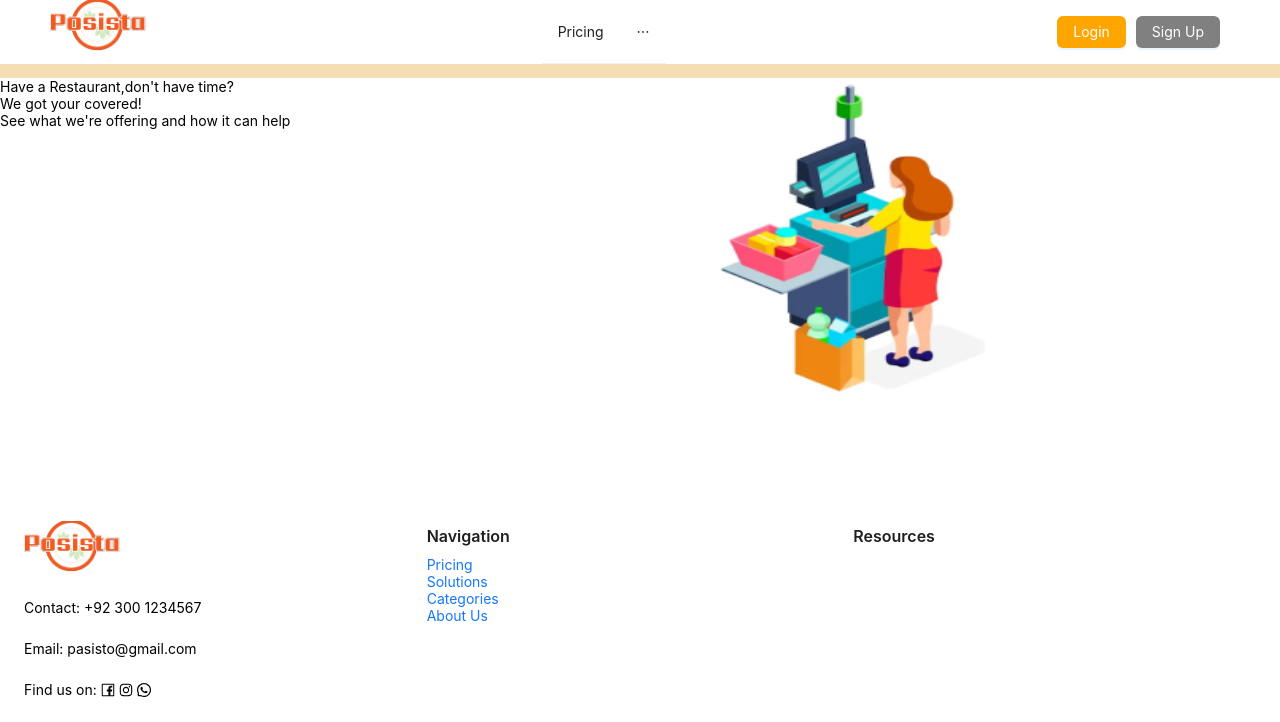
Repository: usmanarshad90/Posista
Page: / (app in test/)
An editor plug-in stored every save of this project. The page is shown before and after a run of saves, followed by the edit.
The browser window is 1280 px wide. The pictures show the whole page.
The project was rebuilt for these pictures with package versions that can differ from the ones it lists, and the page was loaded fresh each time. Also part of the build but not shown: test/src/components/Pricing/Pricing.jsx, test/src/components/Solution/Solutions.jsx, test/src/components/About/AboutUs.jsx, test/src/components/login/login.jsx, test/src/components/signup/signup.jsx.

Above is the page before, as saved 2023-11-28 14:31:57.

### test/public/index.html
<!DOCTYPE html>
<html lang="en">
  <head>
    <meta charset="utf-8" />
    <link rel="icon" href="%PUBLIC_URL%/favicon.ico" />
    <meta name="viewport" content="width=device-width, initial-scale=1" />
    <meta name="theme-color" content="#000000" />
    <meta
      name="description"
      content="Web site created using create-react-app"
    />
    <link rel="apple-touch-icon" href="%PUBLIC_URL%/logo192.png" />

    <link rel="manifest" href="%PUBLIC_URL%/manifest.json" />

    <title>Posisto</title>
  </head>
  <body>
    <noscript>You need to enable JavaScript to run this app.</noscript>
    <div id="root"></div>



  </body>
</html>

### test/src/index.css
body {
  margin: 0;
  font-family: -apple-system, BlinkMacSystemFont, 'Segoe UI', 'Roboto', 'Oxygen',
    'Ubuntu', 'Cantarell', 'Fira Sans', 'Droid Sans', 'Helvetica Neue',
    sans-serif;
  -webkit-font-smoothing: antialiased;
  -moz-osx-font-smoothing: grayscale;
}

code {
  font-family: source-code-pro, Menlo, Monaco, Consolas, 'Courier New',
    monospace;
}
.background{
  background-image: url("./images/background.jpg")!important;

}



/* .container{
  max-width: 1000px;
  margin: auto;
  width: 100%;
  padding-inline: 1rem;
  padding-block:5rem;

} */

### test/src/App.js
import {BrowserRouter  as Router , Routes , Route} from 'react-router-dom'
import Home from './components/Home/Home';

import Pricing from './components/Pricing/Pricing';
import Solutions from './components/Solution/Solutions';
import AboutUs from './components/About/AboutUs';
import Login from './components/login/login';
import SignUp from './components/signup/signup';


function App() {
  return (
    <Router>
    {/* if i can do it like this all pages come on the header */}

      <Routes>

        {/* if i can do it like this header individually come on the each page*/}

        <Route path="/" element={< Home/>} />
        <Route path="/login" element={<Login/>}/>
        <Route path="/signup" element={<SignUp/>} />

        <Route path="/pricing" element={< Pricing/>} />
        <Route path="/solution" element={< Solutions/>} />
        <Route path="/about" element={<AboutUs/>} />

        </Routes>
        {/* for footer i can call here */}

        </Router>
  );
}

export default App;

### test/src/components/Home/Home.jsx
import React from 'react'
import PageHeader from '../PageHeader/PageHeader'
import HeroSection from '../HeroSection/HeroSection'
import PageFooter from '../Footer/Footer'

const Home = () => {
  return (
    <>
    <PageHeader/>
    <HeroSection/>



    <PageFooter/>

    </>
  )
}

export default Home

### test/src/components/PageHeader/PageHeader.jsx
import React from 'react'
import { Layout, Menu, Button, Row, Col } from 'antd';
import { Link } from 'react-router-dom';
import logoimage from '../../images/posistologo.png'
import {HomeOutlined, UserOutlined,SettingOutlined,} from '@ant-design/icons';

const { Header } = Layout;
const PageHeader = () => {
  return (
    <Row>
      <Col lg={24} xl={24} md={12} xs={4} >
    <Layout className="layout">
    <Header style={{ display: 'flex', justifyContent: 'space-between' ,backgroundColor: 'white' }}>
      <div className="logo" >

      <Link to={'/'}><img src={logoimage} alt="" width="100px"  /></Link>
        </div>
      <Menu  mode="horizontal" style={ {color:'black',backgroundColor: 'transparent'}} >
        <Link to={'/pricing'} ><Menu.Item key="1" >Pricing</Menu.Item></Link>


        <Link to={'/solution'} ><Menu.Item key="2" >Solutions</Menu.Item></Link>

        <Link to={'/about'} ><Menu.Item key="3" >About Us</Menu.Item></Link>
      </Menu>

      <div>

        <Link to="/login"><Button type="primary" style={{ marginRight: '10px', backgroundColor: 'orange' }}>Login</Button>
        </Link>
        <Link to="/signup"><Button type="primary" style={{ marginRight: '10px', backgroundColor: 'grey' }}>Sign Up</Button></Link>
      </div>




    </Header>
  </Layout>
  </Col>
  </Row>
  )
}

export default PageHeader;

### test/src/components/HeroSection/HeroSection.jsx
import React from 'react'
import { Row,Col,Image,Divider} from 'antd';

import image from '../../images/design.png'

const HeroSection = () => {




      const DemoBox = (props) => <p className={`height-${props.value}`}>{props.children}</p>;
  return (
    <>
    <Row  >
      <Col  lg={{ span:24, order: 1 }} md={24} xs={24} xl={24} xxl={24}  style={{background:'wheat'}}>
      <DemoBox value={'100%'}> </DemoBox>
        </Col>

    <Col lg={{ span: 12, order: 2 }} md={8} xs={4} xl={12}>

    <div   >

         Have a Restaurant,don't have time? <br />
         We got your covered! <br/>

         <div   >See what we're offering and how it can help <br />


         </div>
    </div>
    </Col>
    <Col lg={{ span: 12, order: 3 }}md={8} xs={4} xl={12}>
    <Image width={'70%'} preview={false} height={'90%'} src={image} alt="#" />

    </Col>
   </Row>
   </>
  )
}

export default HeroSection

### test/src/components/Footer/Footer.jsx
import React from 'react'
import { Layout, Menu, Row, Col, Typography } from 'antd';
import { Link } from 'react-router-dom';
import logoimage from '../../images/posistologo.png';
import { FacebookOutlined,InstagramOutlined , WhatsAppOutlined} from '@ant-design/icons';
// const {PageFooter}=Layout;




const Footer = () => {
  const style = {
    background: '',
    text_align:'left',
    padding: ' 12px ',



  };


  return (
    <Row><Col  lg={{ span:8, order: 1 }} md={6} xs={4} xl={8} xxl={8} style={style} >

      <div style={style} className="logo" >

      <Link to={'/'}><img src={logoimage} alt="" width="100px"  /></Link>
      </div>
      <div style={style}>Contact: +92 300 1234567</div>
      <div style={style}>Email: pasisto@gmail.com</div>
      <div style={style}>Find us on: <FacebookOutlined  /> <InstagramOutlined /> <WhatsAppOutlined /></div>

      </Col>

      <Col  lg={{ span:8, order: 1 }} md={6} xs={4} xl={8} xxl={8}   >

      <Typography.Title level={5} >Navigation </Typography.Title>



      <Link to={'/pricing'} >Pricing</Link> <br />


      <Link to={'/solution'} >Solutions</Link><br />
      <Link to={'/about'} >Categories</Link><br />
      <Link to={'/about'} >About Us</Link><br />


      </Col>

      <Col  lg={{ span:8, order: 1 }} md={6} xs={4} xl={8} xxl={8}   >
        <Typography.Title level={5}>Resources</Typography.Title>
        <div></div>
      </Col>




    </Row>

  )
}

export default Footer

Loaded but not shown: test/src/index.js (common file)

After the next 11 saves:
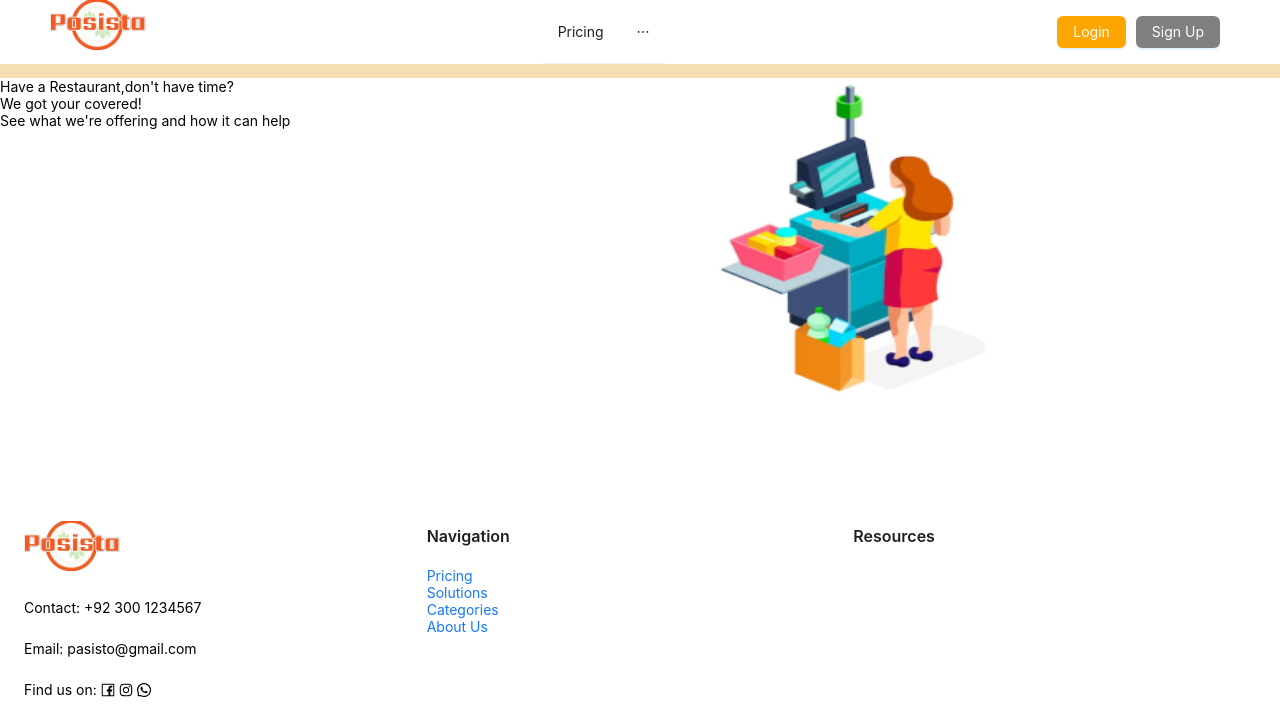
The 11 saves are shown as one change because 1 did not build or start and some came seconds apart.
The last was saved 46 s later.
--- a/test/src/components/Footer/Footer.jsx
+++ b/test/src/components/Footer/Footer.jsx
@@ -37,7 +37,7 @@ const Footer = () => {
       <Typography.Title level={5} >Navigation </Typography.Title>
 
 
-
+      <Typography.Title level={5}></Typography.Title>
       <Link to={'/pricing'} >Pricing</Link> <br />
 
 
